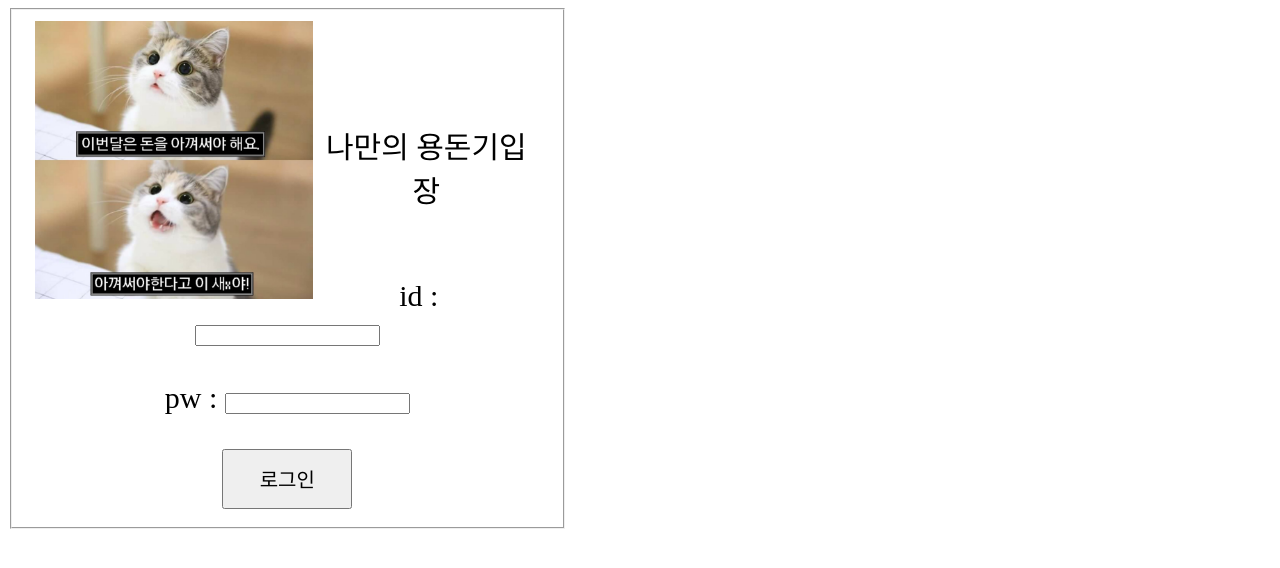
Repository: hus0124/M-IT
Page: JSP_Workspaces/pocketMoneyDiary/WebContent/index.html
An editor plug-in stored every save of this project. The page is shown before and after the next save, followed by the edit.
The browser window is 1280 px wide. The pictures show the whole page.

Above is the page before, as saved 2020-01-03 00:07:42.

After the next save:
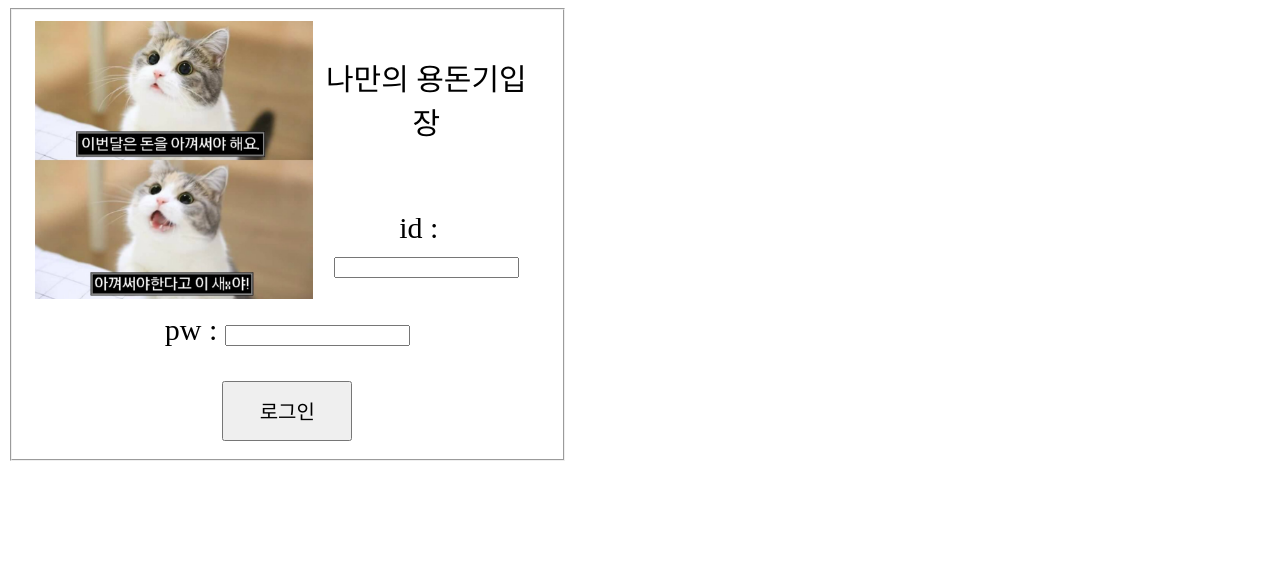
Saved 34 s later.
--- a/JSP_Workspaces/pocketMoneyDiary/WebContent/index.html
+++ b/JSP_Workspaces/pocketMoneyDiary/WebContent/index.html
@@ -15,7 +15,7 @@ body {font-size:30px}
 	<form action="result.jsp" method="get">
 
 		<img src="catmoney.png" style="width:55%; height:auto; float:left">
-		<br><br><br><div id="title">나만의 용돈기입장</div><br><br>
+		<br><div id="title">나만의 용돈기입장</div><br><br>
 		id :&nbsp;&nbsp;<input type="text" name = "id"><br><br>
 		pw : <input type="text" name = "pw"><br><br>
 		<input type="submit" value = "로그인" style="width:130px;height:60px;font-size:20px;">
